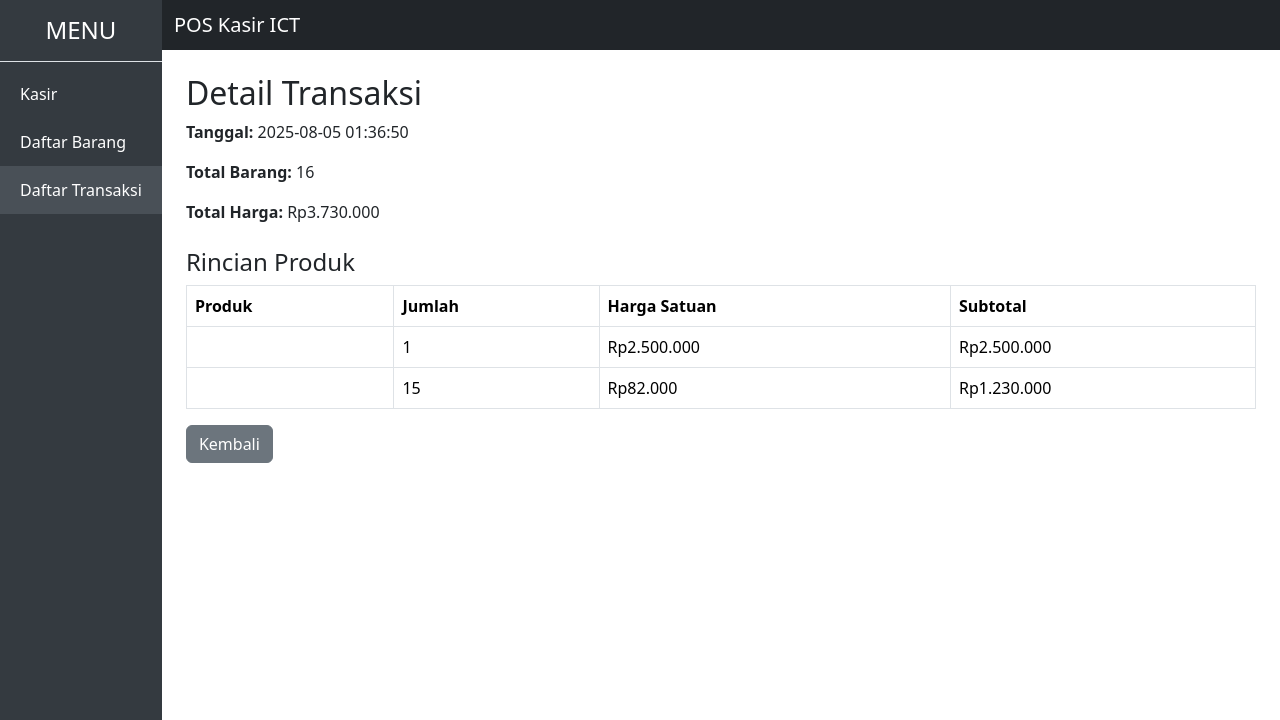
Repository: ekojt7/ekojatmiko_kasir_ict
Page: http://localhost/transaksis/5
These files come from the project's save history. The page is drawn as it stood at one moment and after the next save; the edit follows.
The browser window is 1280 px wide. The pictures show the whole page.
The page is served by the project's Laravel application, run on PHP 8.4 with Laravel 12. The database holds what the project's SQL file puts in it.

Above is the page before, as saved 2025-08-04 21:10:14.

After the next save:
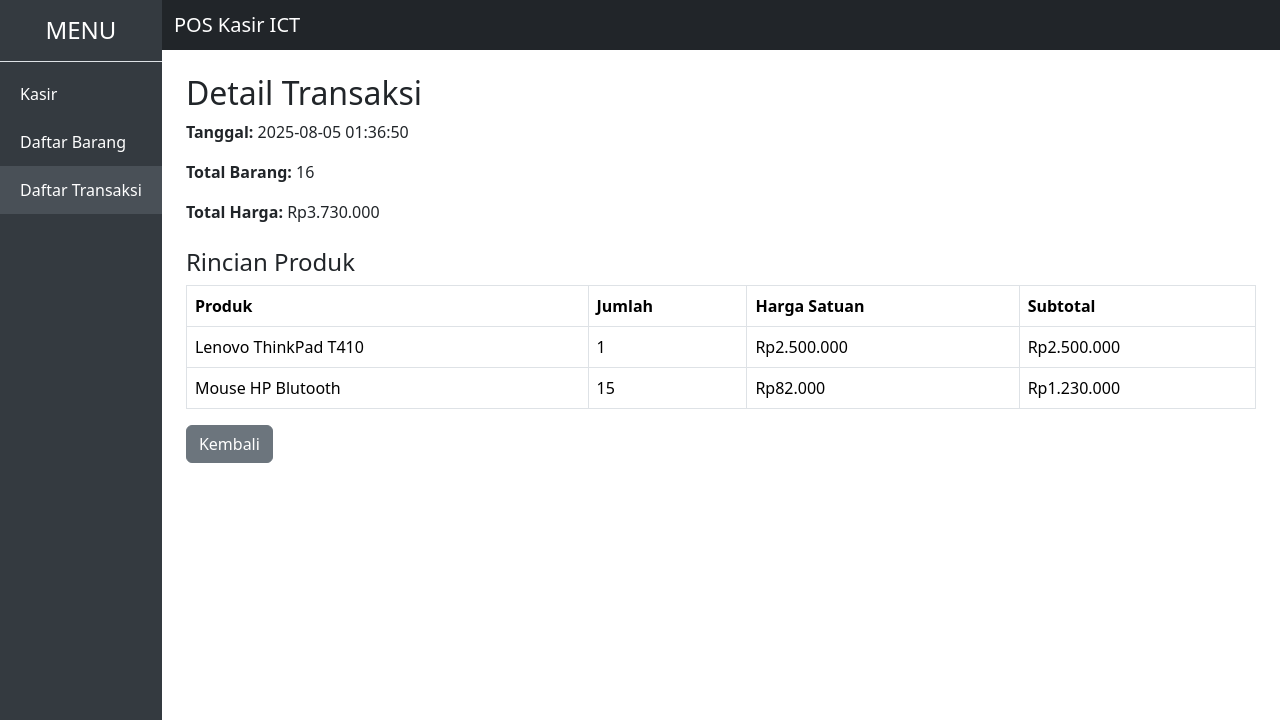
Saved 64 s later.
--- a/resources/views/transaksi/show.blade.php
+++ b/resources/views/transaksi/show.blade.php
@@ -20,7 +20,7 @@
         <tbody>
             @foreach ($transaksi->details as $detail)
             <tr>
-                <td>{{ $detail->produk->nama }}</td>
+                <td>{{ $detail->produk->nama_barang }}</td>
                 <td>{{ $detail->jumlah }}</td>
                 <td>Rp{{ number_format($detail->harga, 0, ',', '.') }}</td>
                 <td>Rp{{ number_format($detail->harga * $detail->jumlah , 0, ',', '.') }}</td>
